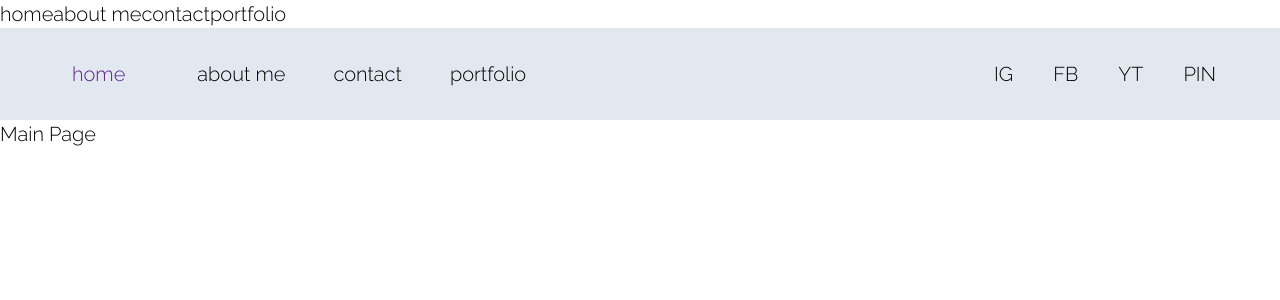
Repository: hubertrh/klaudia-personal-next
Page: /
These files come from the project's save history. The page is drawn as it stood at one moment and after the next save; the edit follows.
The browser window is 1280 px wide. The pictures show the whole page.
The project was rebuilt for these pictures with package versions that can differ from the ones it lists, and the page was loaded fresh each time. The framework's server and built-in components were replaced by stand-ins that run in the browser. Also part of the build but not shown: next.config.js.

Above is the page before, as saved 2023-08-11 17:29:25.

After the next save:
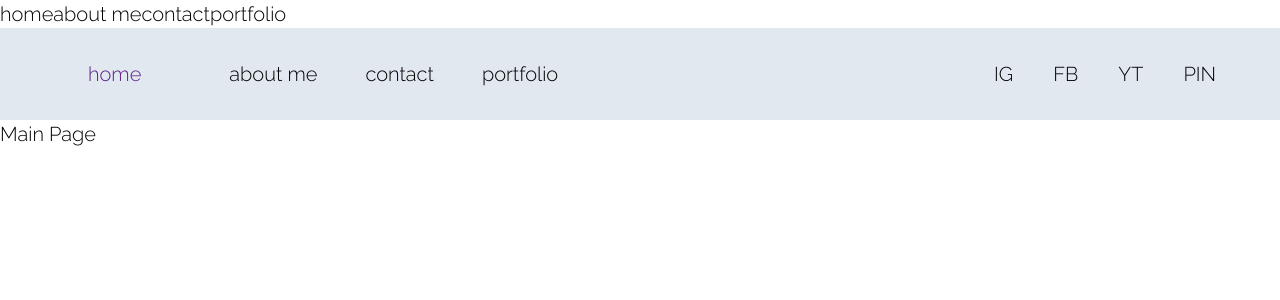
Saved 45 s later.
--- a/app/globals.css
+++ b/app/globals.css
@@ -13,7 +13,7 @@ body {
 }
 
 .nav > * {
-  @apply relative mx-6 transition-all duration-300 before:absolute before:-bottom-2 before:left-1/2 before:h-[1.5px] before:w-0 before:-translate-x-1/2 before:bg-primary before:transition-all before:duration-300 before:ease-out before:content-[''] hover:text-primary hover:before:w-[140%];
+  @apply relative px-6 transition-all duration-300 before:absolute before:-bottom-2 before:left-1/2 before:h-[1.5px] before:w-0 before:-translate-x-1/2 before:bg-primary before:transition-all before:duration-300 before:ease-out before:content-[''] hover:text-primary hover:before:w-[140%];
 }
 
 .social-icon {
